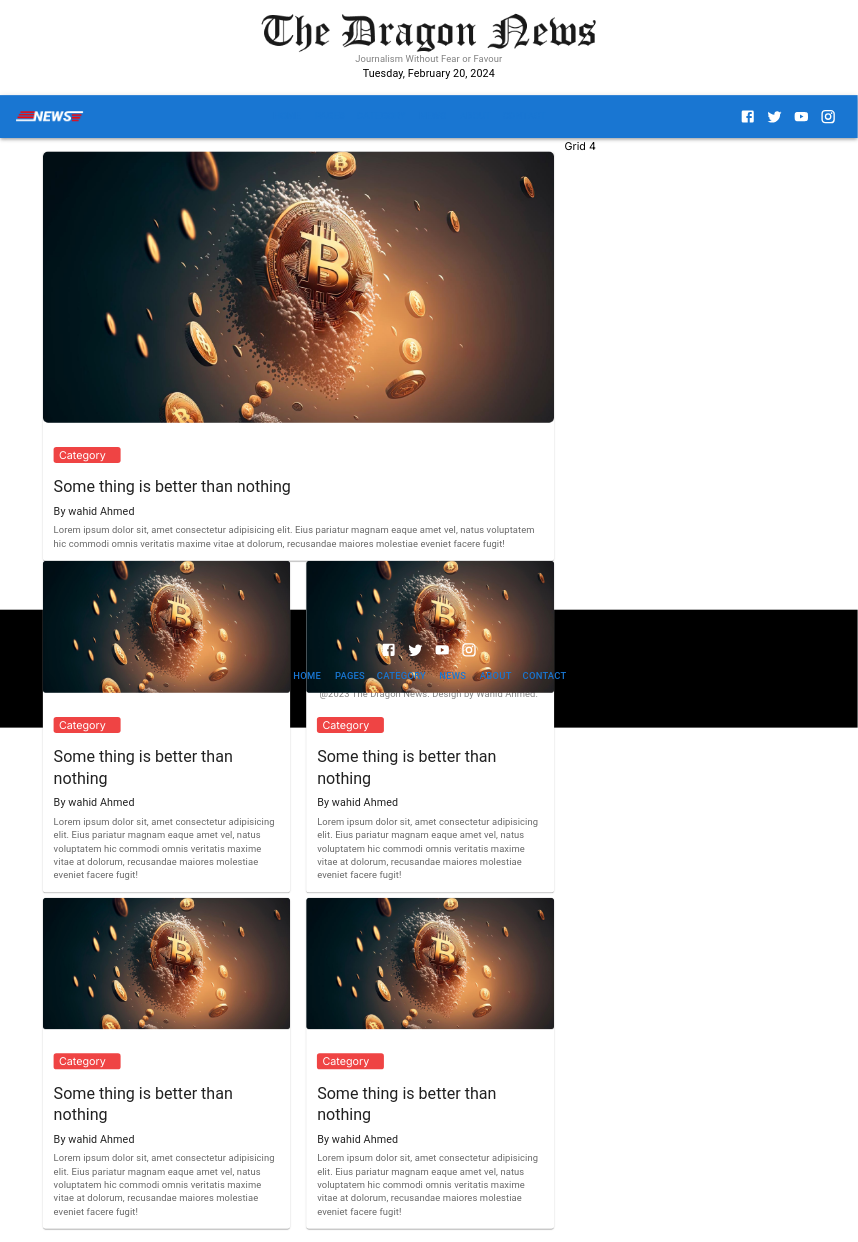
Repository: Wahid137/daily-news-nextjs
Page: /
The author's editor kept a copy of each file at every save. The page is drawn from the files as they stood at one save, then again after the next save.
The browser window is 1280 px wide. The pictures show the whole page, at 67% of full size.
The project was rebuilt for these pictures with package versions that can differ from the ones it lists, and the page was loaded fresh each time. The framework's server and built-in components were replaced by stand-ins that run in the browser. Also part of the build but not shown: next.config.mjs.

Above is the page before, as saved 2024-02-22 23:21:08.

After the next save:
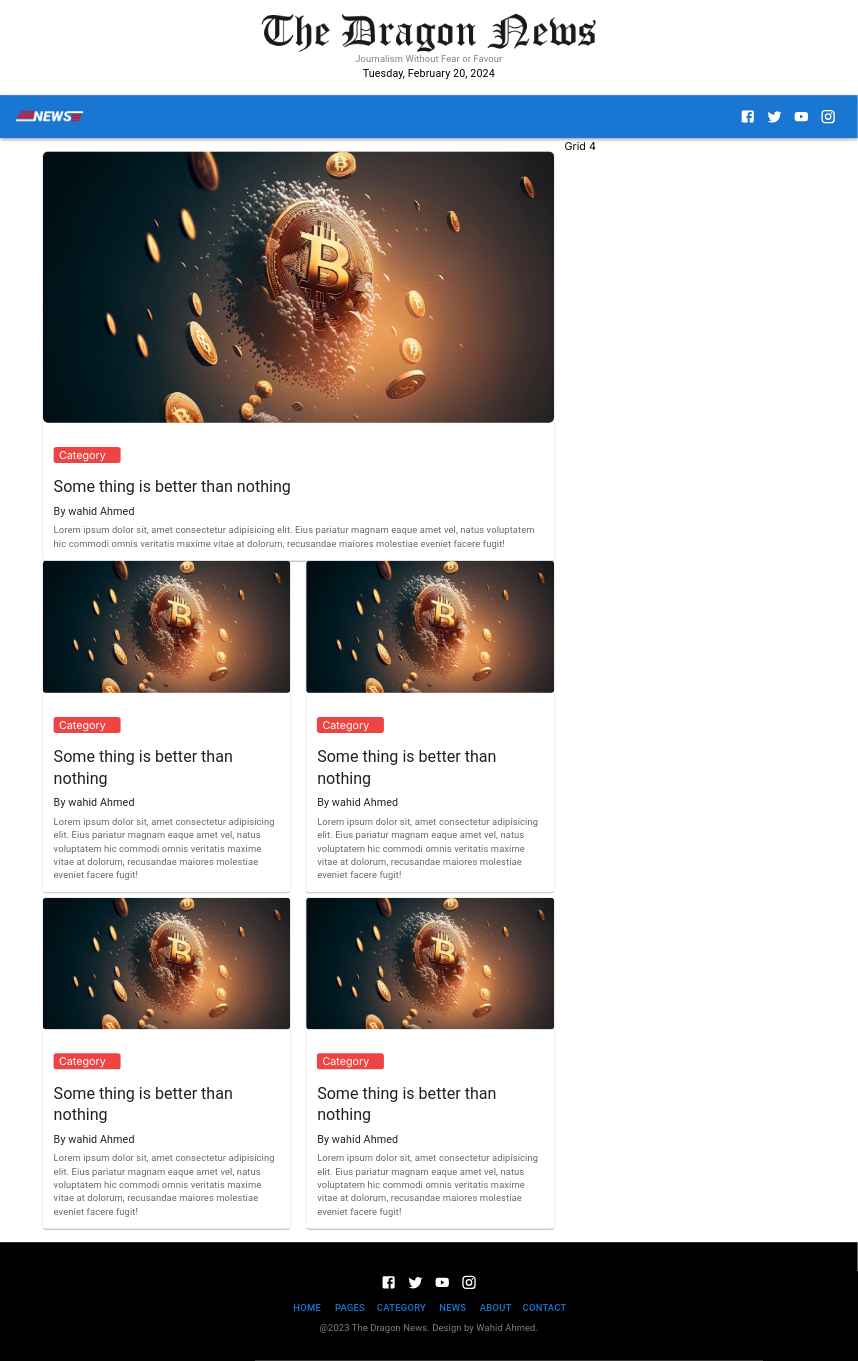
Saved 87 s later.
--- a/src/app/layout.js
+++ b/src/app/layout.js
@@ -16,7 +16,7 @@ export default function RootLayout({ children }) {
     <html lang="en">
       <body className={inter.className}>
         <Navbar />
-        <Container className="h-screen">
+        <Container className="min-h-screen">
           {children}
         </Container>
         <Footer />
